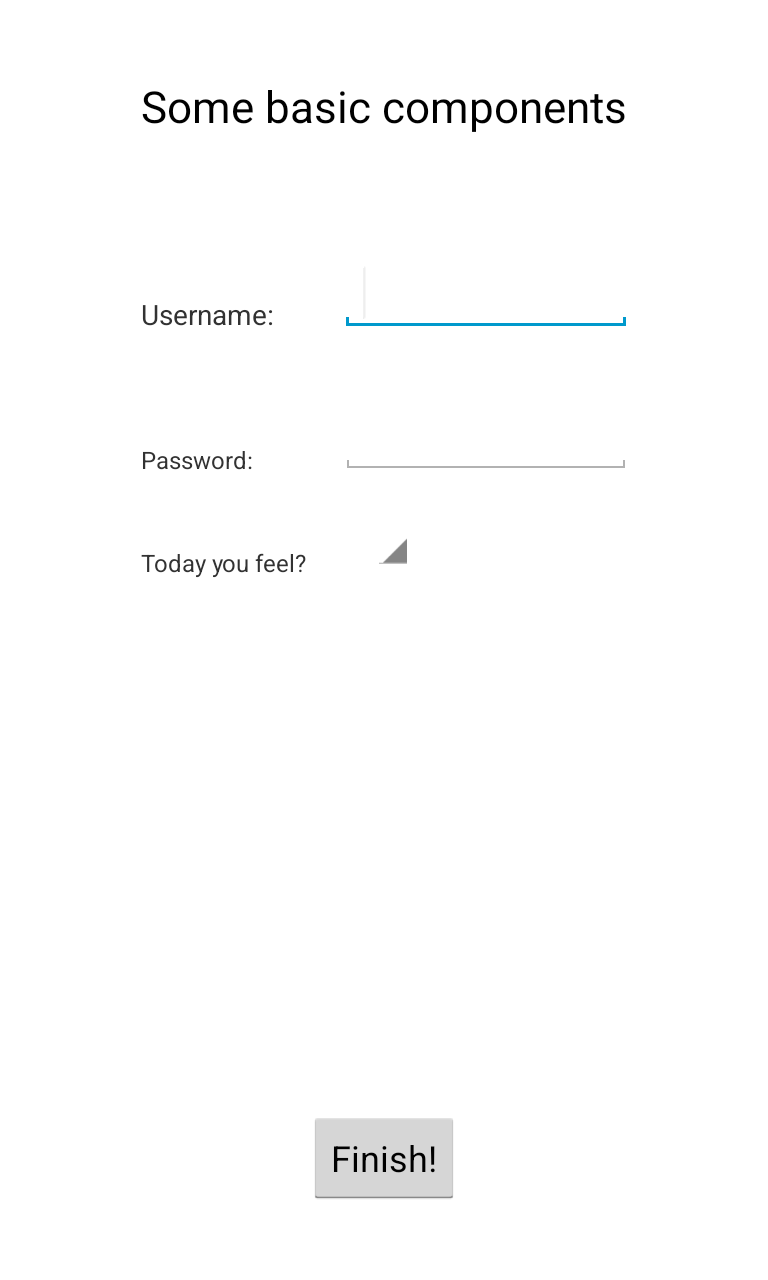
Repository: maya-alba/BasicInterface
Layout: BasicUserInterface/res/layout/info_layout.xml
These files come from the project's save history. The layout is drawn as it stood at one moment and after the next save; the edit follows.
It is drawn on a 768 x 1280 px phone screen (xhdpi) without system bars, with theme AppTheme; the app's code is not run.

Above is the layout before, as saved 2014-03-10 04:06:28.

### BasicUserInterface/res/layout/info_layout.xml
<RelativeLayout xmlns:android="http://schemas.android.com/apk/res/android"
    android:layout_width="fill_parent"
    android:layout_height="fill_parent" >

    <Spinner
        android:id="@+id/spinner1"
        android:layout_width="wrap_content"
        android:layout_height="wrap_content"
        android:layout_alignLeft="@+id/button1"
        android:layout_below="@+id/textView3"
        android:layout_marginLeft="32dp"
        android:layout_marginTop="16dp" />

    <TextView
        android:id="@+id/textView4"
        android:layout_width="wrap_content"
        android:layout_height="wrap_content"
        android:layout_alignTop="@+id/spinner1"
        android:layout_marginTop="19dp"
        android:layout_toLeftOf="@+id/spinner1"
        android:text="Today you feel?"
        android:textSize="12sp" />

    <TextView
        android:id="@+id/textView1"
        android:layout_width="wrap_content"
        android:layout_height="wrap_content"
        android:layout_alignParentTop="true"
        android:layout_centerHorizontal="true"
        android:layout_marginTop="38dp"
        android:text="Some basic components"
        android:textAppearance="?android:attr/textAppearanceLarge" />

    <EditText
        android:id="@+id/editText1"
        android:layout_width="wrap_content"
        android:layout_height="wrap_content"
        android:layout_above="@+id/textView3"
        android:layout_alignLeft="@+id/button1"
        android:layout_marginLeft="16dp"
        android:ems="7"
        android:maxLength="15">

        <requestFocus />
    </EditText>

    <TextView
        android:id="@+id/textView2"
        android:layout_width="wrap_content"
        android:layout_height="wrap_content"
        android:layout_alignLeft="@+id/textView4"
        android:layout_below="@+id/textView1"
        android:layout_marginTop="80dp"
        android:text="Username:"
        android:textSize="14sp" />

    <TextView
        android:id="@+id/textView3"
        android:layout_width="wrap_content"
        android:layout_height="wrap_content"
        android:layout_alignLeft="@+id/textView4"
        android:layout_below="@+id/textView2"
        android:layout_marginTop="55dp"
        android:text="Password:"
        android:textSize="12sp" />

    <EditText
        android:id="@+id/editText2"
        android:layout_width="wrap_content"
        android:layout_height="wrap_content"
        android:layout_above="@+id/spinner1"
        android:layout_alignLeft="@+id/editText1"
        android:ems="7"
        android:inputType="textPassword"
        android:maxLength="15" />

    <Button
        android:id="@+id/button1"
        android:layout_width="wrap_content"
        android:layout_height="wrap_content"
        android:layout_alignParentBottom="true"
        android:layout_centerHorizontal="true"
        android:layout_marginBottom="37dp"
        android:onClick="goToHi"
        android:text="Finish!" />

</RelativeLayout>

Loaded but not shown: BasicUserInterface/res/values/styles.xml (common file); BasicUserInterface/res/values-v11/styles.xml (common file); BasicUserInterface/res/values-v14/styles.xml (common file)

After the next save:
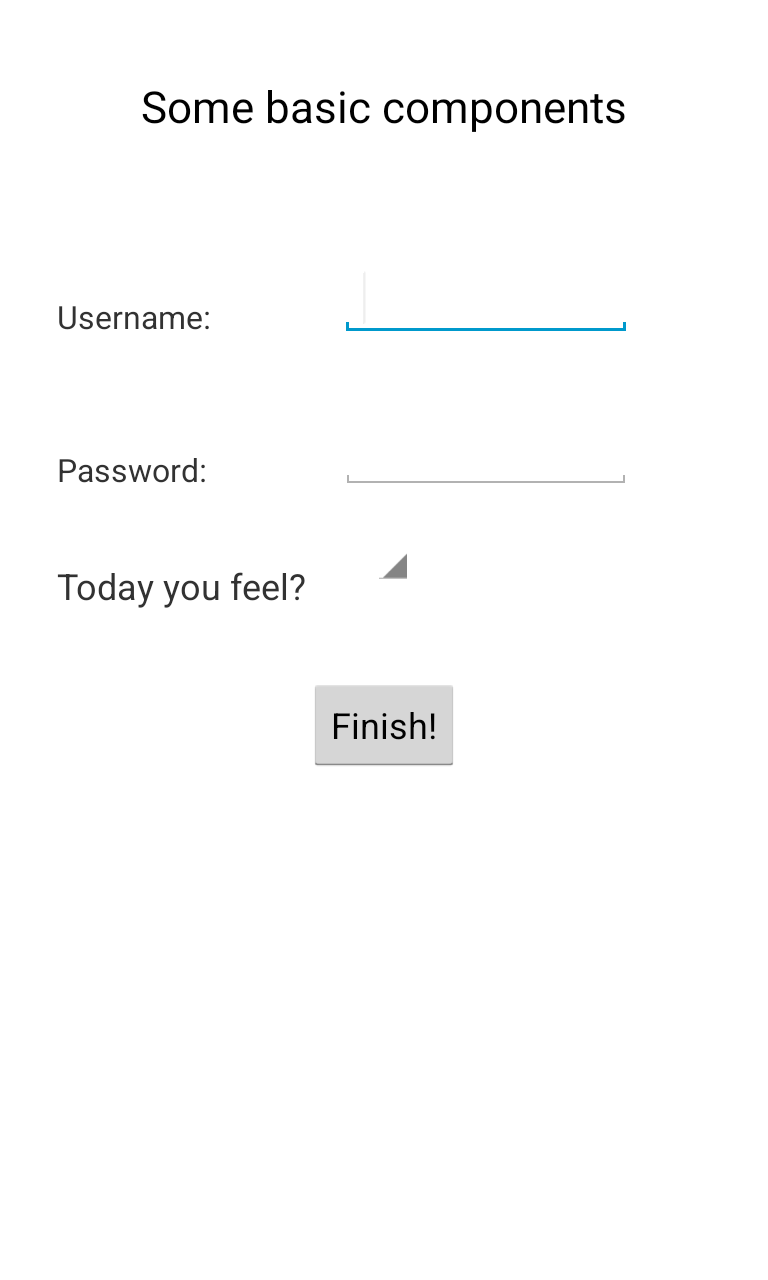
Saved 52 s later.
--- a/BasicUserInterface/res/layout/info_layout.xml
+++ b/BasicUserInterface/res/layout/info_layout.xml
@@ -19,7 +19,7 @@
         android:layout_marginTop="19dp"
         android:layout_toLeftOf="@+id/spinner1"
         android:text="Today you feel?"
-        android:textSize="12sp" />
+        android:textSize="18sp" />
 
     <TextView
         android:id="@+id/textView1"
@@ -52,7 +52,7 @@
         android:layout_below="@+id/textView1"
         android:layout_marginTop="80dp"
         android:text="Username:"
-        android:textSize="14sp" />
+        android:textSize="16sp" />
 
     <TextView
         android:id="@+id/textView3"
@@ -62,7 +62,7 @@
         android:layout_below="@+id/textView2"
         android:layout_marginTop="55dp"
         android:text="Password:"
-        android:textSize="12sp" />
+        android:textSize="16sp" />
 
     <EditText
         android:id="@+id/editText2"
@@ -78,9 +78,9 @@
         android:id="@+id/button1"
         android:layout_width="wrap_content"
         android:layout_height="wrap_content"
-        android:layout_alignParentBottom="true"
+        android:layout_below="@+id/spinner1"
         android:layout_centerHorizontal="true"
-        android:layout_marginBottom="37dp"
+        android:layout_marginTop="45dp"
         android:onClick="goToHi"
         android:text="Finish!" />
 
